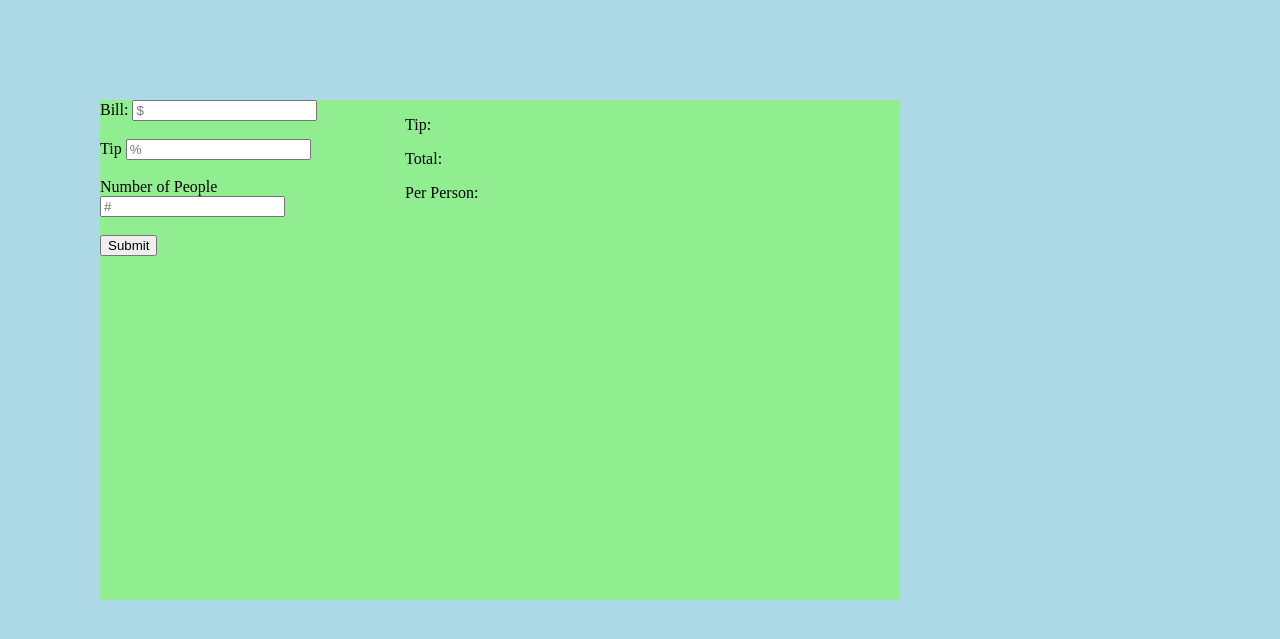
Repository: SamirIngley/Tip-Calculator
Page: tip_display.html
An editor plug-in stored every save of this project. The page is shown before and after the next save, followed by the edit.
The browser window is 1280 px wide. The pictures show the whole page.

Above is the page before, as saved 2020-02-13 09:25:20.

After the next save:
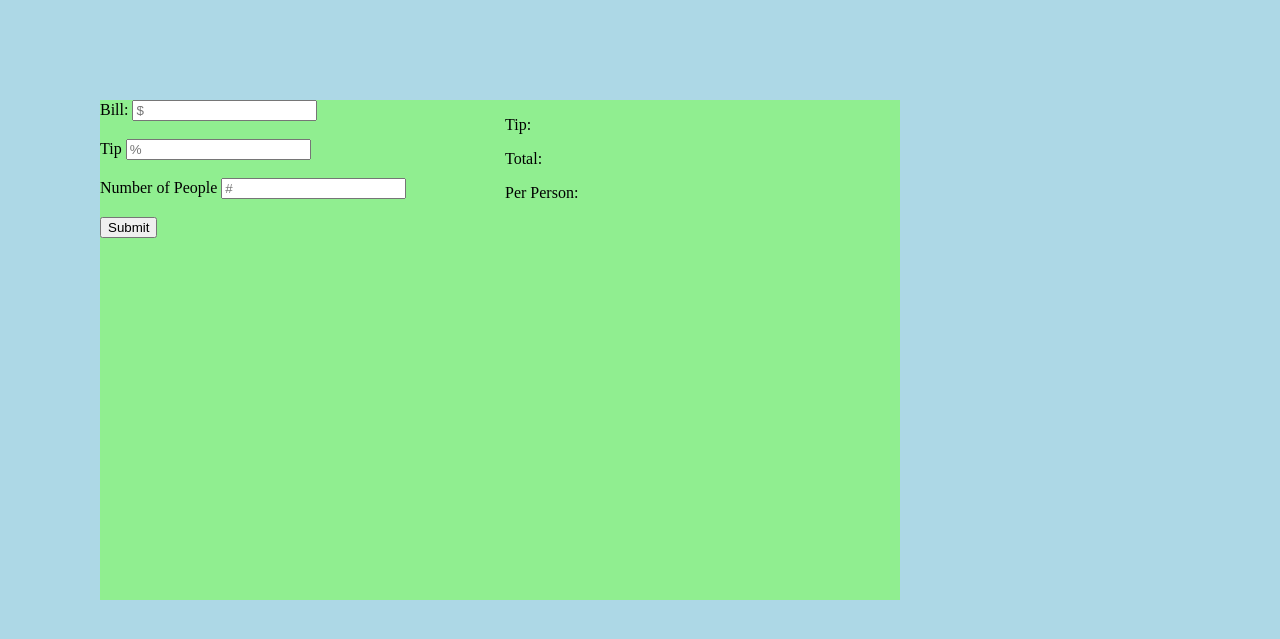
Saved 19 s later.
--- a/style.css
+++ b/style.css
@@ -8,7 +8,7 @@ div.main-content {
     background-color: lightgreen;
     display: grid;
     grid-gap: 5px;
-    grid-template-columns: 300px 300px;
+    grid-template-columns: 400px 400px;
     grid-template-rows: 25% 100px auto;
     height: 500px;
     width: 800px;
